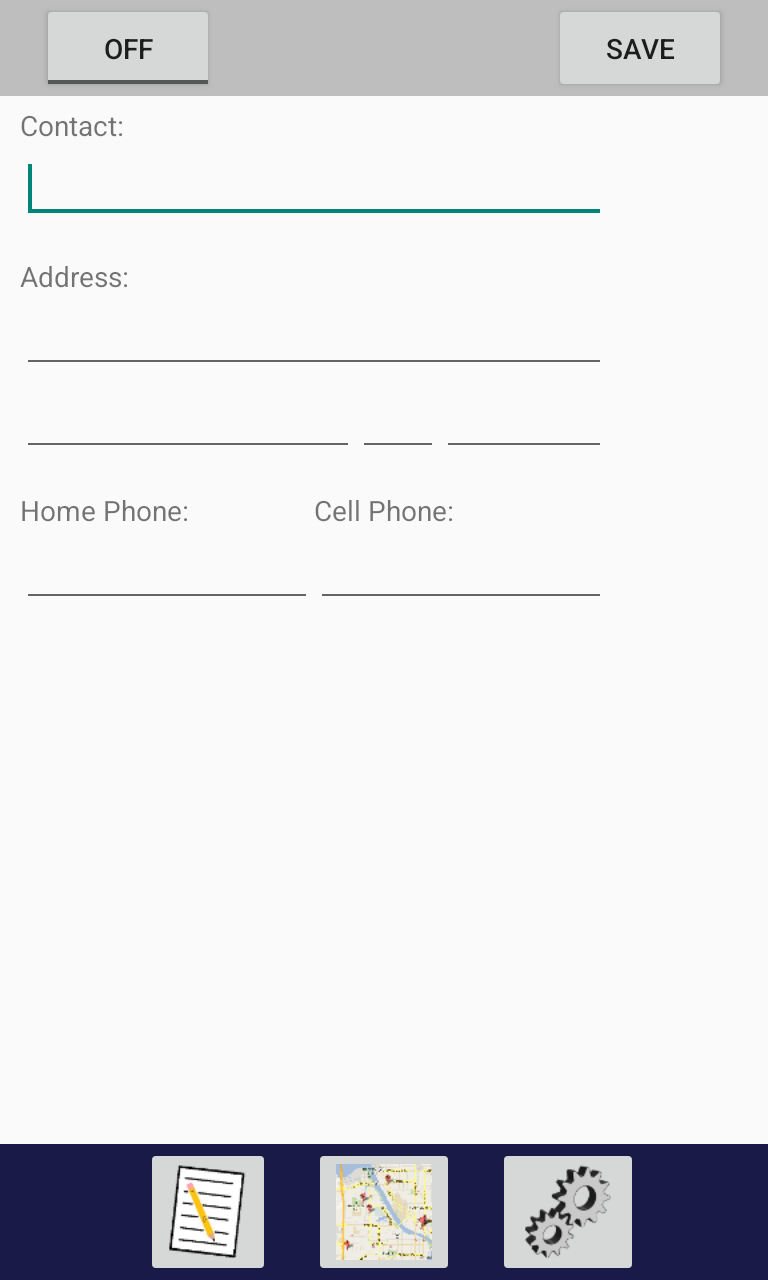
Repository: MobileApps-Cascadia/JenniferBronson_ExercisesChapter5
Layout: MyContactList/res/layout/activity_contact.xml
An editor plug-in stored every save of this project. The layout is shown before and after the next save, followed by the edit.
It is drawn on a 768 x 1280 px phone screen (xhdpi) without system bars, with theme AppTheme; the app's code is not run.

Above is the layout before, as saved 2014-04-26 22:19:36.

After the next save:
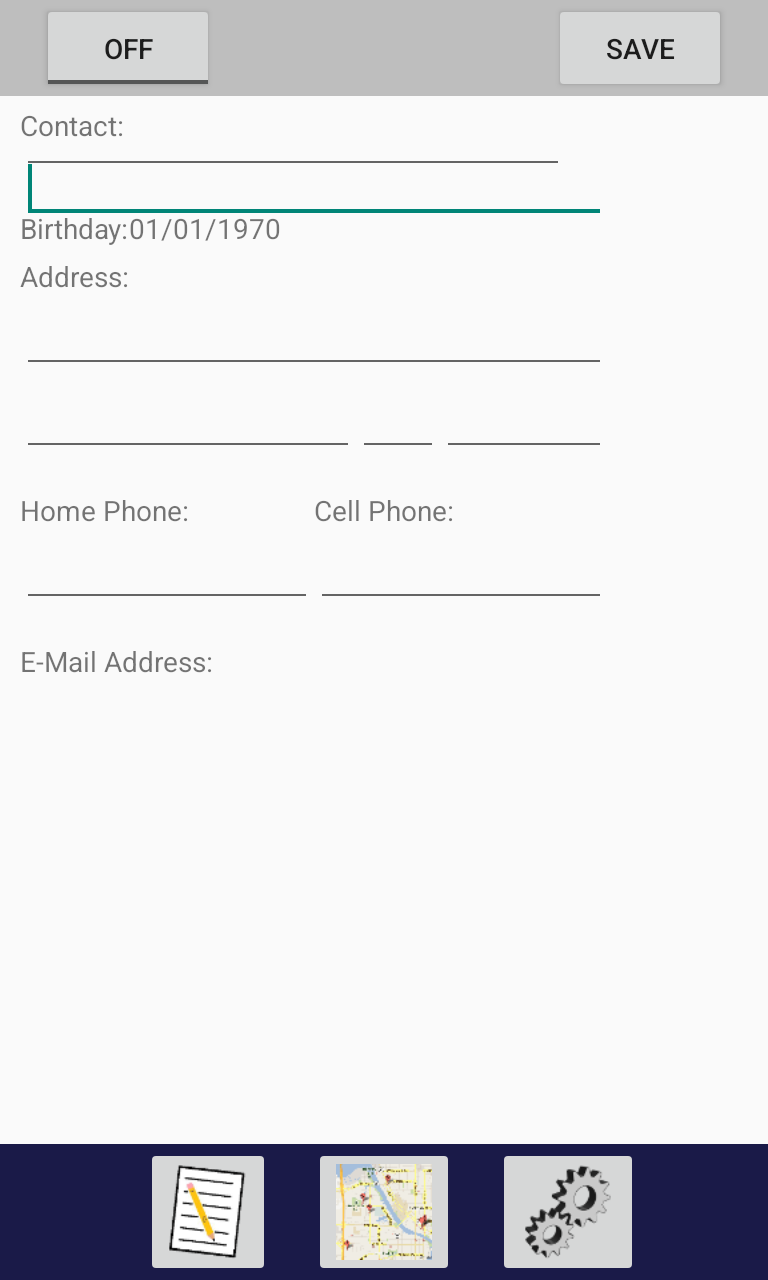
Saved 13 min 0 s later.
--- a/MyContactList/res/layout/activity_contact.xml
+++ b/MyContactList/res/layout/activity_contact.xml
@@ -214,6 +214,53 @@
 
             </EditText>
 
+
+            <TextView
+                android:id="@+id/textEMail"
+                android:layout_width="wrap_content"
+                android:layout_height="wrap_content"
+                android:text="E-Mail Address:"
+                android:layout_alignParentLeft="true"
+                android:layout_marginLeft="10dp"
+                android:layout_marginTop="15dp"
+                android:layout_below="@+id/editHome"
+                />
+
+            <EditText android:id="@+id/editEMail"
+                android:layout_width="wrap_content"
+                android:layout_height="wrap_content"
+                android:layout_alignParentLeft="true"
+                android:layout_marginLeft="10dp"
+                android:layout_below="@+id/editEMail"
+                android:ems="13"
+                android:inputType="textEmailAddress">
+
+            </EditText>
+
+
+            <TextView
+                android:id="@+id/textBday"
+                android:layout_width="wrap_content"
+                android:layout_height="wrap_content"
+                android:text="Birthday:"
+                android:layout_alignParentLeft="true"
+                android:layout_marginLeft="10dp"
+                android:layout_marginTop="15dp"
+                android:layout_below="@+id/editEMail"
+                android:paddingBottom="25dp"
+                />
+
+            <TextView
+                android:id="@+id/textBirthday"
+                android:layout_width="wrap_content"
+                android:layout_height="wrap_content"
+                android:text="01/01/1970"
+                android:marginLeft="10dp"
+                android:layout_toRightOf="@+id/textBday"
+                android:layout_alignBottom="@+id/textBday"
+                android:paddingBottom="25dp"
+                />
+
         </RelativeLayout>
     </ScrollView>
 
